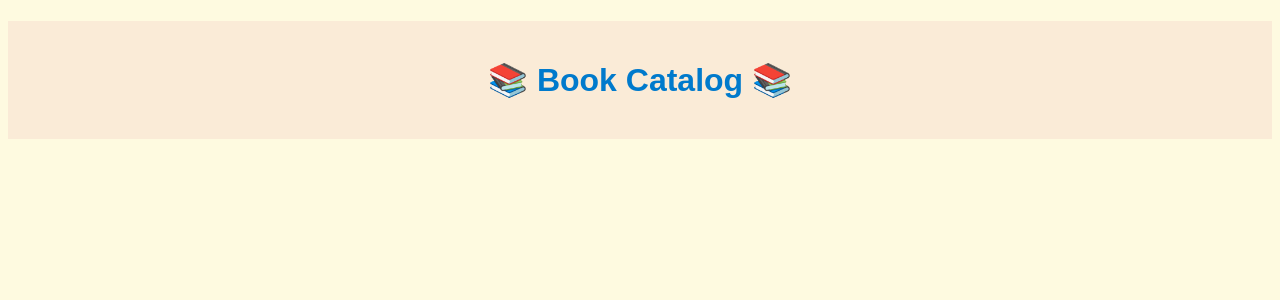
Repository: kaitlynlew/Book-Catalog
Page: /
An editor plug-in stored every save of this project. The page is shown before and after the next save, followed by the edit.
The browser window is 1280 px wide. The pictures show the whole page.
The project was rebuilt for these pictures with package versions that can differ from the ones it lists, and the page was loaded fresh each time. Also part of the build but not shown: vite.config.js.

Above is the page before, as saved 2025-09-14 00:10:39.

After the next save:
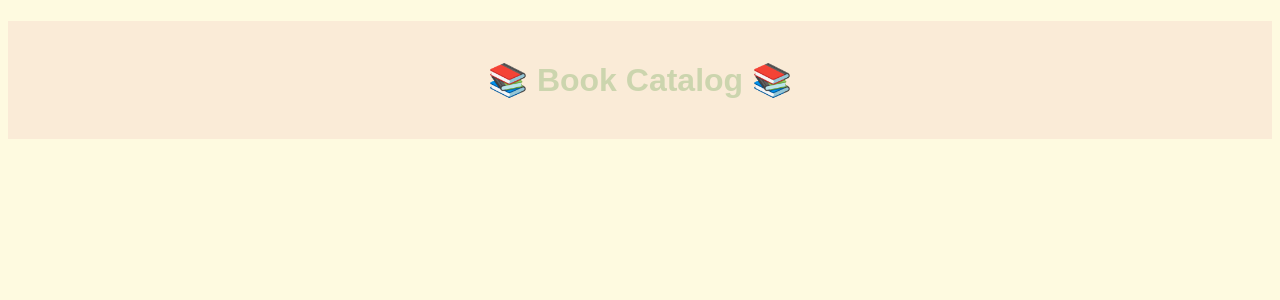
Saved 6 s later.
--- a/src/App.css
+++ b/src/App.css
@@ -5,7 +5,7 @@ body {
 }
 
 h1 {
-  color: #007acc;
+  color: #ccd5ae;
   text-align: center;
   background-color: antiquewhite;
   padding: 40px;
